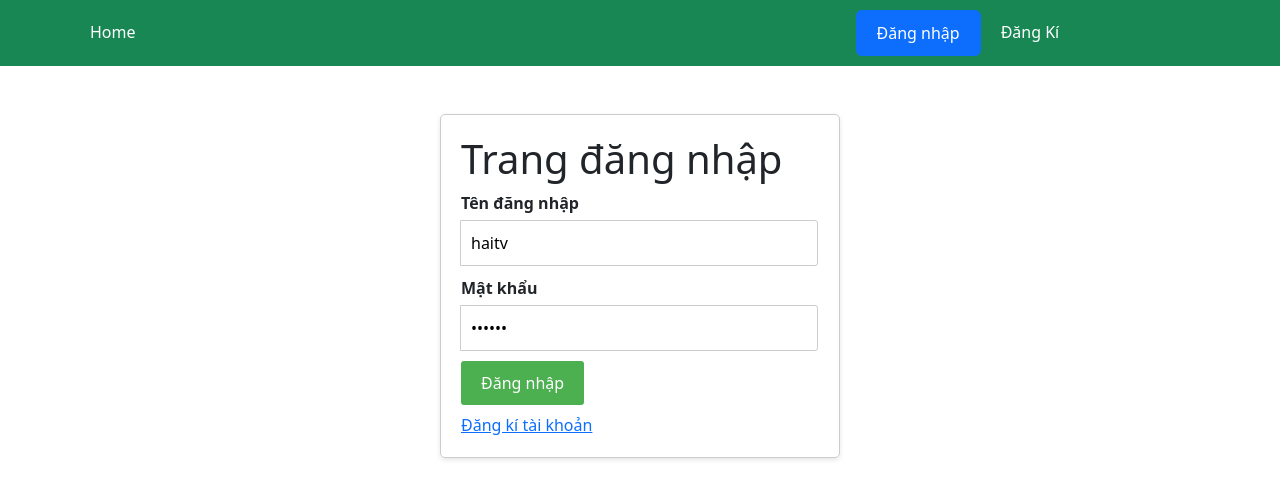
Repository: tung1999zxc/vue-project
Page: /login
An editor plug-in stored every save of this project. The page is shown before and after the next save, followed by the edit.
The browser window is 1280 px wide. The pictures show the whole page.
The project was rebuilt for these pictures with package versions that can differ from the ones it lists, and the page was loaded fresh each time. Also part of the build but not shown: vite.config.ts, src/views/HomeView.vue, src/components/Regis.vue.

Above is the page before, as saved 2023-07-31 17:39:56.

After the next save:
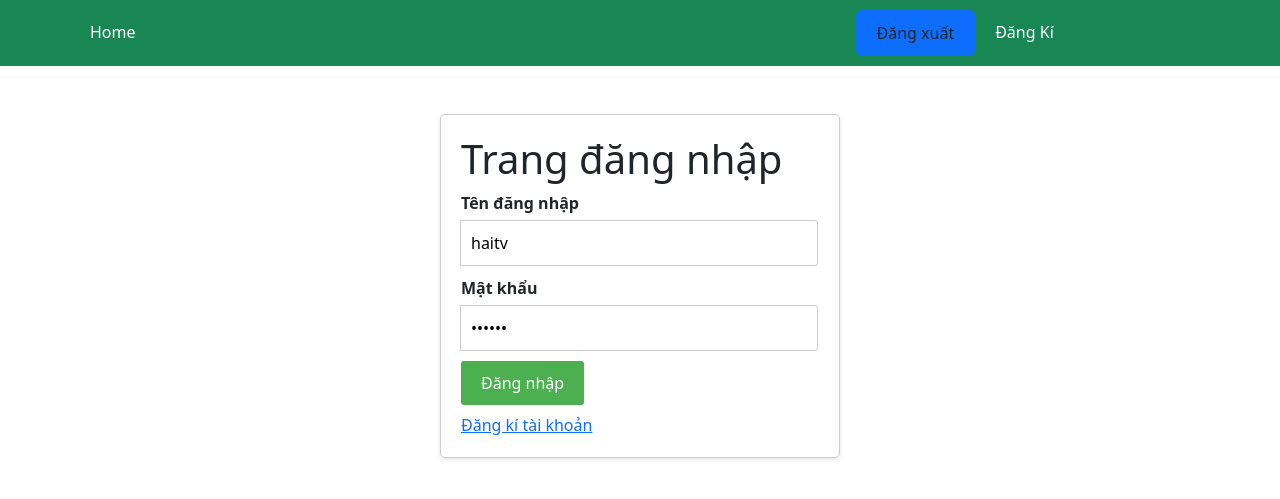
Saved 92 s later.
--- a/src/components/Menu.vue
+++ b/src/components/Menu.vue
@@ -3,10 +3,10 @@
       <ul class="">
         <li><router-link to="/">Home</router-link></li>
 
-        <li v-if="!token" class="ml-auto btn border-primary bg-primary" style="margin-left : 700px;">
+        <li v-if="isAuthenticated" class="ml-auto btn border-primary bg-primary" style="margin-left : 700px;">
          <router-link to="/Login">Đăng nhập</router-link>
          </li>
-        <li v-if="token" class="ml-auto btn border-primary bg-primary" style="margin-left : 700px;">
+        <li v-if="!isAuthenticated" class="ml-auto btn border-primary bg-primary" style="margin-left : 700px;">
          <a @click="logoutUser">Đăng xuất</a>
          </li>
 
@@ -20,7 +20,8 @@
   export default {
     data() {
         return {
-           token: localStorage.getItem('token'),
+        //    token: localStorage.getItem('token'),
+           isAuthenticated: false,
         }
     },
     created() {

After the 4 saves that followed:
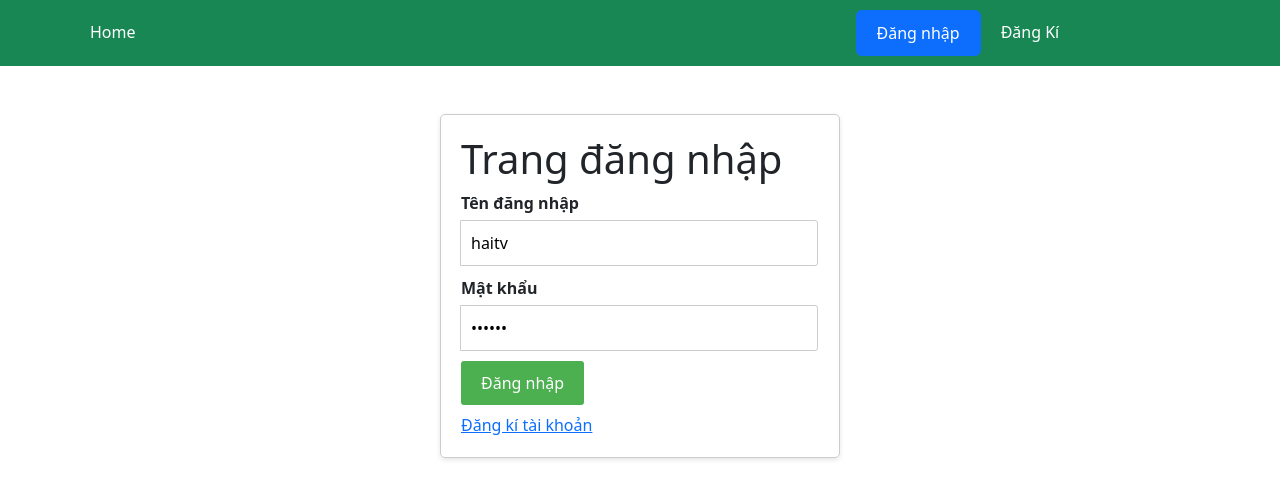
The 4 saves are shown as one change because 3 left the picture as it was.
The last was saved 2 min 15 s later.
--- a/src/components/Menu.vue
+++ b/src/components/Menu.vue
@@ -3,10 +3,10 @@
       <ul class="">
         <li><router-link to="/">Home</router-link></li>
 
-        <li v-if="isAuthenticated" class="ml-auto btn border-primary bg-primary" style="margin-left : 700px;">
+        <li v-if="!isAuthenticated" class="ml-auto btn border-primary bg-primary" style="margin-left : 700px;">
          <router-link to="/Login">Đăng nhập</router-link>
          </li>
-        <li v-if="!isAuthenticated" class="ml-auto btn border-primary bg-primary" style="margin-left : 700px;">
+        <li v-else class="ml-auto btn border-primary bg-primary" style="margin-left : 700px;">
          <a @click="logoutUser">Đăng xuất</a>
          </li>
 
@@ -49,9 +49,9 @@
       // Xóa mã thông báo JWT khỏi localStorage khi đăng xuất
       localStorage.removeItem('token');
       // Hoặc đặt lại giá trị isAuthenticated về false khi đăng xuất
-      this.isAuthenticated = false;
+
       alert('đăng xuất thành  công');
-      location.reload();
+
 
 
     },
